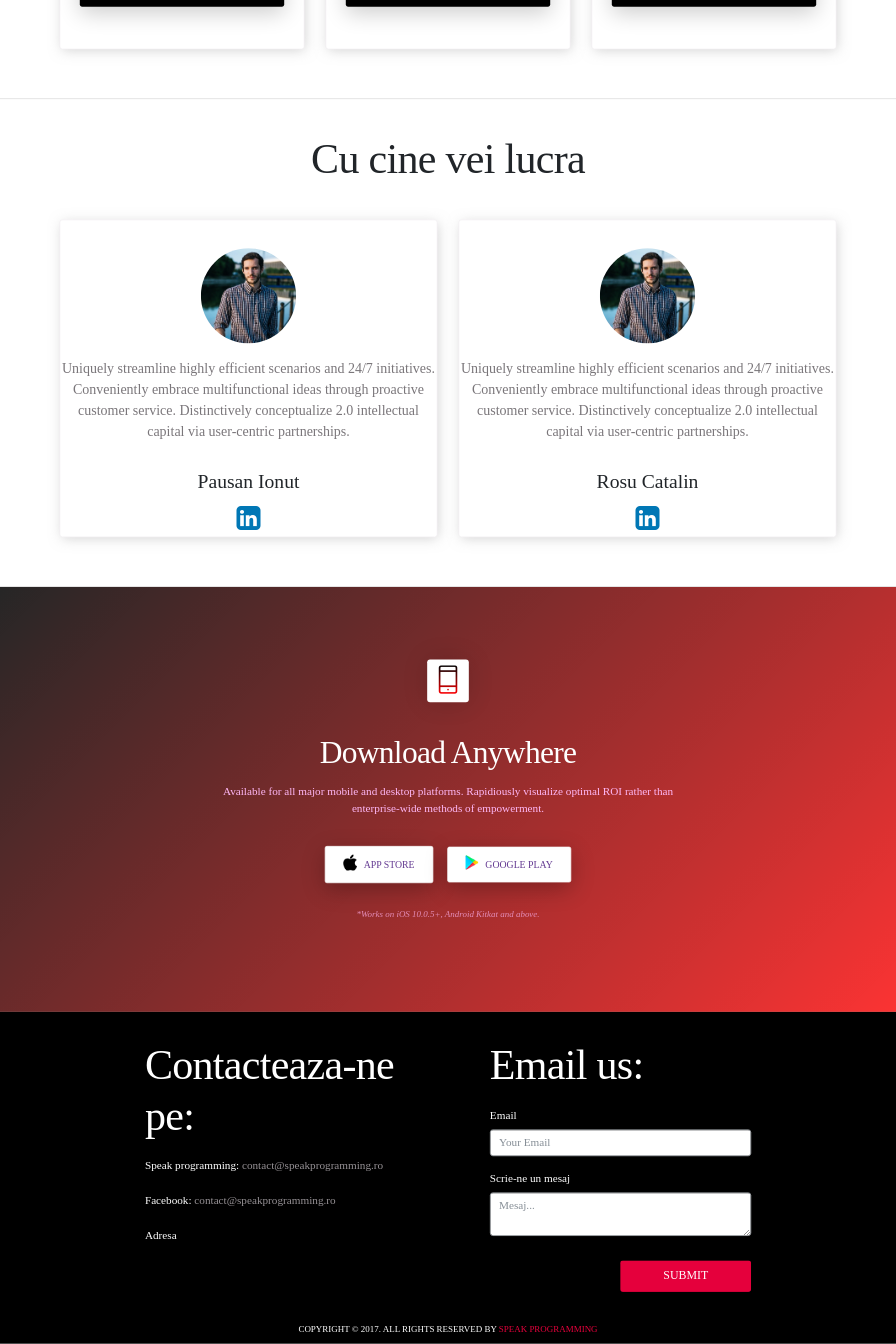
Repository: RosuCatalinDorin/ITSchool
Page: home-page/index.html
The author's editor kept a copy of each file at every save. The page is drawn from the files as they stood at one save, then again after the next save.
The browser window is 1280 px wide. The pictures show the part of the page from y = 1221 to 3141 px (the page is 3141 px tall before and 3096 px after), at 70% of full size.
Some web libraries are served in a nearby version.

Above is the page before, as saved 2019-03-13 18:57:51.

After the next save:
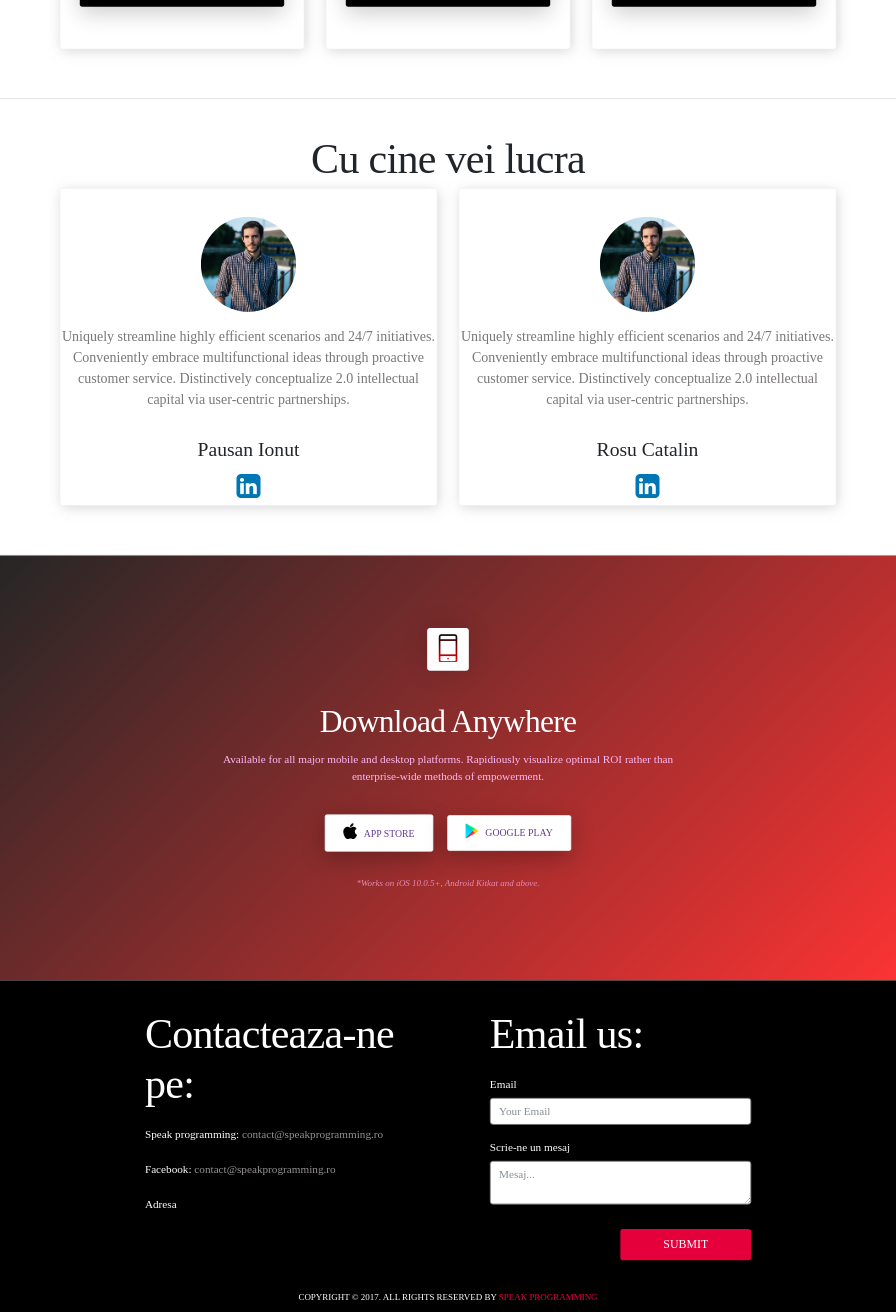
Saved 5 s later.
--- a/home-page/home.css
+++ b/home-page/home.css
@@ -11,7 +11,7 @@
 }
 
 .home-main-header{
-    margin-bottom: 50px;
+    margin-bottom: 5px;
 }
 
 .section-home-trainer{

After the save that followed:
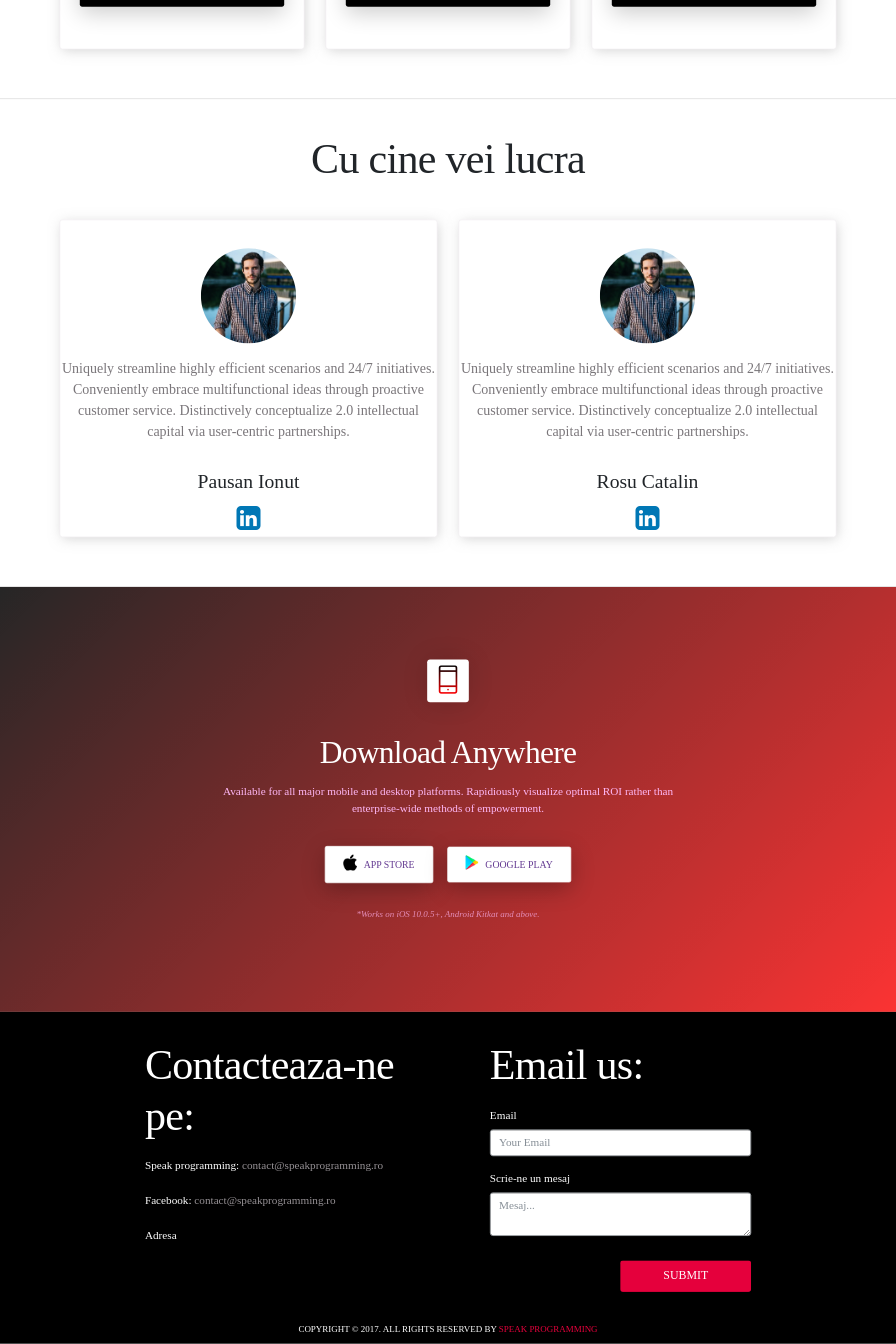
Saved 4 s later.
--- a/home-page/home.css
+++ b/home-page/home.css
@@ -11,7 +11,7 @@
 }
 
 .home-main-header{
-    margin-bottom: 5px;
+    margin-bottom: 50px;
 }
 
 .section-home-trainer{
